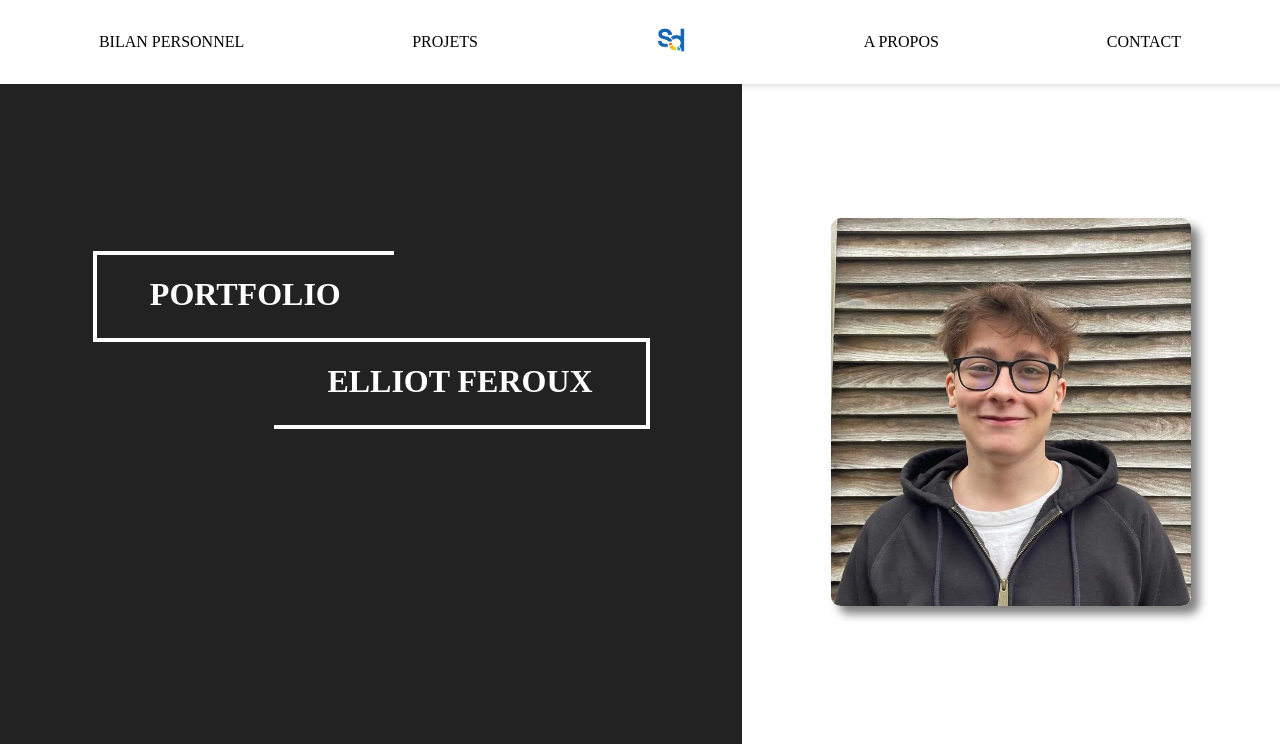
Repository: elliotfx/elliotfx.github.io
Page: html/main.html
The author's editor kept a copy of each file at every save. The page is drawn from the files as they stood at one save, then again after the next save.
The browser window is 1280 px wide. The pictures show the whole page.

Above is the page before, as saved 2025-03-18 22:17:27.

### html/main.html
<!DOCTYPE html>
<html lang="fr">

<head>
    <meta charset="UTF-8">
    <meta name="viewport" content="width=device-width, initial-scale=1.0">
    <meta name="author" content="Elliot FEROUX">
    <meta name="description" content="Portfolio de Elliot FEROUX">
    <link rel="shortcut icon" href="SD.png" type="image/x-icon">
    <title>Accueil (Portfolio Elliot FEROUX)</title>
    <link rel="stylesheet" type="text/css" href="./../css/style.css" media="screen">
    <link rel="preconnect" href="https://fonts.googleapis.com">
    <link rel="preconnect" href="https://fonts.gstatic.com" crossorigin>
    <link href="https://fonts.googleapis.com/css2?family=Kanit:ital,wght@0,100;0,200;0,300;0,400;0,500;0,600;0,700;0,800;1,100;1,200;1,300;1,400;1,500;1,600;1,700;1,800&display=swap" rel="stylesheet">
    <link rel="stylesheet" href="../css/font-awesome-4.7.0/css/font-awesome.min.css">
</head>

<body>

    <header>
        <div class="navbar" id="nav">
            <div class="burger-container">
                <i class="fa fa-bars iconeburger" aria-hidden="true"></i>
            </div>
            <ul class="navbar-menu">
                <li class="link-nav-underline"><a href="bilan.html">BILAN PERSONNEL</a></li>
                <li class="link-nav-underline-projet"><a href="projets.html">PROJETS</a></li>
                <li class="logo">
                    <a href="https://iutp.univ-poitiers.fr/sd/" target="_blank">
                        <img src="./../Images/SD.png" alt="Logo BUT Sciences des Données">
                    </a>
                </li>
                <li class="link-nav-underline"><a href="apropos.html">A PROPOS</a></li>
                <li class="link-nav-underline"><a href="contact.html">CONTACT</a></li>
            </ul>
        </div>

        <div id="burgerbar">
            <a href="https://iutp.univ-poitiers.fr/sd/" target="_blank"><img src="./../Images/SD.png" alt="Logo BUT Sciences des Données" class="logo-burger"></a>
            <i class="fa fa-times iconeburgerclose" aria-hidden="true"></i>
            <ul class="burger-menu-list">
                <li class="link-nav-underline"><a href="bilan.html">BILAN PERSONNEL</a></li><br>
                <li class="link-nav-underline"><a href="projets1.html">PROJETS</a></li><br>
                <li class="link-nav-underline"><a href="apropos.html">A PROPOS</a></li><br>
                <li class="link-nav-underline"><a href="contact.html">CONTACT</a></li>
            </ul>
        </div>
    </header>



    <div class="container">
        <div class="half black">
            <div class="titles-container">
                <div class="portfolio-container">
                    <h1>PORTFOLIO</h1>
                </div>
                <div class="name-container">
                    <h1>ELLIOT FEROUX</h1>
                </div>
            </div>
        </div>
        <div class="half white">
            <div class="contenu">
                <a href="apropos.html"><img src="./../Images/PHOTO.jpg" alt="Photo de Elliot FEROUX" class="photo"></a>
            </div>
        </div>
    </div>

    <div class="bas">
        <div class="containerphoto2">
            <a href="apropos.html"><img src="./../Images/PHOTO.jpg" alt="Photo de Elliot FEROUX" class="photo2"></a>
        </div>
    </div>

    <script src="./../js/script_projets.js"></script>
    <script src="./../JS/headerloader.js"></script>

</body>

</html>

### css/style.css
@import "navbar_stylesheet.css" ;

.bas {
    display: none;
    position: relative;
    bottom: 0;
    left: 0;
    width: 100%;
    height: 500px;
    background-color: rgb(255, 255, 255);
    box-sizing: border-box;
    z-index: 1000;
}

.bas .photo2 {
    width: 40%;
    height: auto;
    display: block;
    left: 32%;
    top: 10%;
}

.logo:hover img {
    animation: anim 1s infinite alternate;
}

body, html {
    margin: 0;
    padding: 0;
    overflow: hidden;
}

.nom,
.portfolio {
    font-family: "Géorgie", sans-serif;
    position: absolute;
    color: #fff;
}

/* Modification de .photo :
   - Suppression du float
   - Ajout d'une transition sur transform */
.photo {
    position: relative;
    /* float retiré */
    border-radius: 10px;
    box-shadow: 8px 8px 10px 0 rgba(0, 0, 0, 0.5);
    width: 50vh;
    transition: transform 1s;
}

.photo:hover {
    transform: scale(1.10);
}

.photo2 {
    width: 100%;
    display: block;
    border-radius: 10px;
    box-shadow: 8px 8px 10px 0 rgba(0, 0, 0, 0.5);
    position: relative;
}

/* Modification de .contenu :
   - Suppression du float
   - Passage à inline-block pour une meilleure gestion du contenu
   - Ajout de transform: translate pour centrer et inclusion dans le hover */
.contenu {
    position: absolute;
    width: fit-content;
    height: fit-content;
    left: 50%;
    top: 50%;
    transform: translate(-50%, -50%);
    transition: transform 1s;
    display: inline-block;
}

.contenu:hover {
    transform: translate(-50%, -50%) scale(1.05);
}

.containerphoto2 {
    position: absolute;
    transition: 1s;
    height: 100%;
    width: 100%;
    display: inline;
    left: 0;
    top: 0;
}


.container {
    width: 100%;
    height: calc(100vh - 60px); /* 60px = hauteur du header */
    display: flex;
    z-index: -100;
}

.half {
    height: 100%;
    position: relative;
}

.black {
    position: relative;
    background-color: #222222;
    width: 58%;
}

.white {
    position: relative;
    width: 42%;
}

.nom {
    top: 43.5%;
    left: 40%;
    font-size: 3em;
    position: absolute;
}

.titles-container {
    width: 100%;
    height: 100%;
    display: block;
    justify-content: center;
    align-items: center;
    padding-top: 21.5%;
}

.titles-container .portfolio-container {
    float: left;
    width: 40%;
    margin-left: 12.5%;
    border-top: 4px solid #fff;
    border-left: 4px solid #fff;
    border-bottom: 4px solid #fff;
}

.titles-container .name-container {
    float: right;
    width: 50%;
    margin-right: 12.5%;
    border-top: 4px solid #fff;
    border-right: 4px solid #fff;
    border-bottom: 4px solid #fff;
    margin-top: -4px;
}

h1 {
    width: 100%;
    font-size: 4em;
    color: #fff;
    text-align: center;
}

h1:after {
    content: "";
    display: block;
    margin-left: 5%;
    width: 90%;
    height: 3px;
    background: #ffffff;
    transform: scaleX(0);
    transition: transform 0.2s ease-in-out;
}

h1:hover:after {
    transform: scaleX(1);
}

.navbar > ul {
    justify-content: space-around;
}

.left-links > ul > li,
.right-links > ul > li {
    margin-left: 0;
}

.left-links > ul > li + li,
.right-links > ul > li + li {
    margin-left: 20px;
}

@media screen and (max-width: 1400px) {
    .Lignes {
        width: 100%;
    }

    .contenu {

    }
}

@media screen and (max-width: 1440px) {
    .nom {
        left: calc(43% - 8%);
    }

    h1 {
        font-size: 3em;
    }
}

@media screen and (max-width: 1415px) {
    .nom {
        left: calc(36% - 8%);
    }

    .titles-container {
        padding-top: 21.5%;
    }
}

@media screen and (max-width: 1390px) {
    .nom {
        left: calc(35% - 8%);
    }

    h1 {
        font-size: 2em;
    }

    .titles-container {
        padding-top: calc(21.5% + 1%);
    }
}

@media screen and (max-width: 1300px) {
    .nom {
        left: calc(34% - 8%);
    }
}

@media screen and (max-width: 1275px) {
    .nom {
        left: calc(33% - 8%);
    }

    .titles-container {
        padding-top: calc(21.5% + 3%);
    }
}

@media screen and (max-width: 1250px) {
    .nom {
        left: calc(32% - 8%);
    }
}

@media screen and (max-width: 1225px) {
    .nom {
        left: calc(31% - 8%);
    }

    .titles-container {
        padding-top: calc(21.5% + 5%);
    }
}

@media screen and (max-width: 1200px) {
    .nom {
        left: calc(30% - 8%);
    }
}

@media screen and (max-width: 1175px) {
    .nom {
        left: calc(29% - 8%);
    }

    .titles-container {
        padding-top: calc(21.5% + 7%);
    }
}

@media screen and (max-width: 1150px) {
    .nom {
        left: calc(28% - 8%);
    }
}

@media screen and (max-width: 1125px) {
    .nom {
        left: calc(27% - 8%);
    }
    .titles-container {
        padding-top: calc(21.5% + 9%);
    }
}

@media screen and (max-width: 1100px) {
    .nom {
        left: calc(26% - 8%);
    }
}

@media screen and (max-width: 1075px) {
    .nom {
        left: calc(25% - 8%);
    }

    .titles-container {
        padding-top: calc(21.5% + 11%);
    }
}

@media screen and (max-width: 1050px) {
    .nom {
        left: calc(24% - 8%);
    }
}

@media screen and (max-width: 1025px) {
    .nom {
        left: calc(23% - 8%);
    }
}

@media screen and (max-width: 1000px) {
    .nom {
        left: calc(22% - 8%);
    }
    .titles-container {
        padding-top: calc(21.5% + 13%);
    }
}

@media screen and (max-width: 975px) {
    .nom {
        left: calc(21% - 8%);
    }
}

@media screen and (max-width: 950px) {
    .nom {
        left: calc(20% - 8%);
    }
}

@media screen and (max-width: 925px) {
    .nom {
        left: calc(19% - 8%);
    }
    .titles-container {
        padding-top: calc(21.5% + 15%);
    }
}

@media screen and (max-width: 900px) {
    .Lignes {
        left: 0;
        top: 5%;
    }

    .white {
        display: none;
    }

    .black {
        width: 100%;
    }

    body, html {
        overflow-y: auto;
    }

    .nom {
        left: 40%;
    }

    .navbar > ul {
        justify-content: flex-end;
    }

    ul > li.left-links,
    ul > li.right-links {
        display: none;
    }

    ul > li.logo {
        float: right;
    }

    .burger-container {
        display: block;
    }

    .bas {
        display: block;
    }

    .containerphoto2 {
        display: block;
    }
    .photo2 {
        position: absolute;
        width: 100%;
        height: auto;
        display: block;
    }

    .black {
        height: 95%;
    }
    .titles-container {
        padding-top: 21.5%;
    }
}

.iconeburger {
    cursor: pointer;
    position: relative;
}

#burgerbar {
    height: 100vh;
    width: 50%;
    background-color: #fff;
    position: fixed;
    top: 0;
    left: -100%;
    display: flex;
    flex-direction: column;
    align-items: center;
    justify-content: center;
    z-index: 3000;
    transition: left 0.3s ease-in-out;
    padding: 20px;
    box-shadow: 2px 0 5px rgba(0, 0, 0, 0.5);
}

#burgerbar .iconeburgerclose {
    font-size: 2em;
    cursor: pointer;
    position: absolute;
    top: 20px;
    right: 20px;
}

.burger-menu-list {
    list-style-type: none;
    padding: 0;
    margin: 0;
    width: 100%;
    text-align: center;
}

.burger-menu-list li {
    margin: 20px 0;
}

.burger-container {
    display: none;
    width: 5%;
    height: 100%;
    justify-content: center;
    align-items: center;
    cursor: pointer;
}

.burger-container .iconeburger {
    font-size: 2em;
}

.burger-logo {
    position: absolute;
    bottom: 20px;
    right: 20px;
}

#burgerbar .logo-burger {
    max-width: 50px;
    height: auto;
}

@media screen and (max-width: 900px) {
    .burger-container {
        display: flex;
    }
    .navbar ul {
        display: none;
    }
}

.burger-container.open #burgerbar {
    left: 0;
}

@media screen and (max-width: 900px) {
    .navbar ul {
        display: none;
    }

    .burger-menu-list {
        position: relative;
        display: block;
    }

    .burger-menu-list li {
        margin: 10px 0;
    }
}

### css/navbar_stylesheet.css
html,
body {
    overflow-x: hidden;
}

ul {
    list-style-type: none;
    padding: 0;
    margin: 0;
}

header {
    background-color: #ffffff;
    box-shadow: 3px 3px 4px rgba(205, 205, 205, 0.5);
    display: flex;
    justify-content: center;
    align-items: center;
    padding: 15px;
    z-index: 2000;
}

.navbar {
    width: 100%;
    display: flex;
    justify-content: center;
    align-items: center;
}

/* Modification principale pour répartir équitablement les éléments */
.navbar-menu {
    display: flex;
    justify-content: space-around;
    align-items: center;
    width: 100%;
}

.logo img {
    width: 50px;
    height: 50px;
}

/* Effet souligné au survol */
.link-nav-underline, .link-nav-underline-projet {
    display: inline-block;
    position: relative;
    text-decoration: none;
    color: inherit;
}

.link-nav-underline::after,
.link-nav-underline-projet::after {
    content: "";
    display: block;
    position: absolute;
    bottom: 0;
    left: 0;
    width: 100%;
    height: 2px;
    background: #000;
    transform: scaleX(0);
    transition: transform 0.2s ease-in-out;
    transform-origin: left;
}

.link-nav-underline:hover::after,
.link-nav-underline-projet:hover::after {
    transform: scaleX(1);
}

/* Style du menu burger */
.burger-container {
    display: none;
    cursor: pointer;
}

#burgerbar {
    height: 100vh;
    width: 50%;
    background-color: #fff;
    position: fixed;
    top: 0;
    left: -100%;
    display: flex;
    flex-direction: column;
    align-items: center;
    justify-content: center;
    z-index: 3000;
    transition: left 0.3s ease-in-out;
    padding: 20px;
    box-shadow: 2px 0 5px rgba(0, 0, 0, 0.5);
}

/* Responsive pour mobiles */
@media screen and (max-width: 900px) {
    .navbar-menu {
        display: none;
    }

    .burger-container {
        display: flex;
    }

    .burger-menu-list {
        display: block;
        text-align: center;
    }

    .burger-menu-list li {
        margin: 15px 0;
    }
}


a{
    color: inherit;
    text-decoration: none;
}

### JS/headerloader.js
// headerLoader.js
fetch('html/header.html')
    .then(response => response.text())
    .then(data => {
        document.getElementById('header-placeholder').innerHTML = data;
    })
    .catch(error => console.error('Erreur lors du chargement du header :', error));

### html/header.html
<header>
    <div class="navbar" id="nav">
        <div class="burger-container">
            <i class="fa fa-bars iconeburger" aria-hidden="true"></i>
        </div>
        <ul class="navbar-menu">
            <li class="link-nav-underline"><a href="bilan.html">BILAN PERSONNEL</a></li>
            <li class="link-nav-underline-projet"><a href="projets.html">PROJETS</a></li>
            <li class="logo">
                <a href="https://iutp.univ-poitiers.fr/sd/" target="_blank">
                    <img src="./../Images/SD.png" alt="Logo BUT Sciences des Données">
                </a>
            </li>
            <li class="link-nav-underline"><a href="apropos.html">A PROPOS</a></li>
            <li class="link-nav-underline"><a href="contact.html">CONTACT</a></li>
        </ul>
    </div>

    <div id="burgerbar">
        <a href="https://iutp.univ-poitiers.fr/sd/" target="_blank"><img src="./../Images/SD.png" alt="Logo BUT Sciences des Données" class="logo-burger"></a>
        <i class="fa fa-times iconeburgerclose" aria-hidden="true"></i>
        <ul class="burger-menu-list">
            <li class="link-nav-underline"><a href="bilan.html">BILAN PERSONNEL</a></li><br>
            <li class="link-nav-underline"><a href="projets1.html">PROJETS</a></li><br>
            <li class="link-nav-underline"><a href="apropos.html">A PROPOS</a></li><br>
            <li class="link-nav-underline"><a href="contact.html">CONTACT</a></li>
        </ul>
    </div>
</header>

Loaded but not shown: css/font-awesome-4.7.0/css/font-awesome.min.css (library); JS/script_projets.js (no copy from this time; the picture is the same without it)

After the next save:
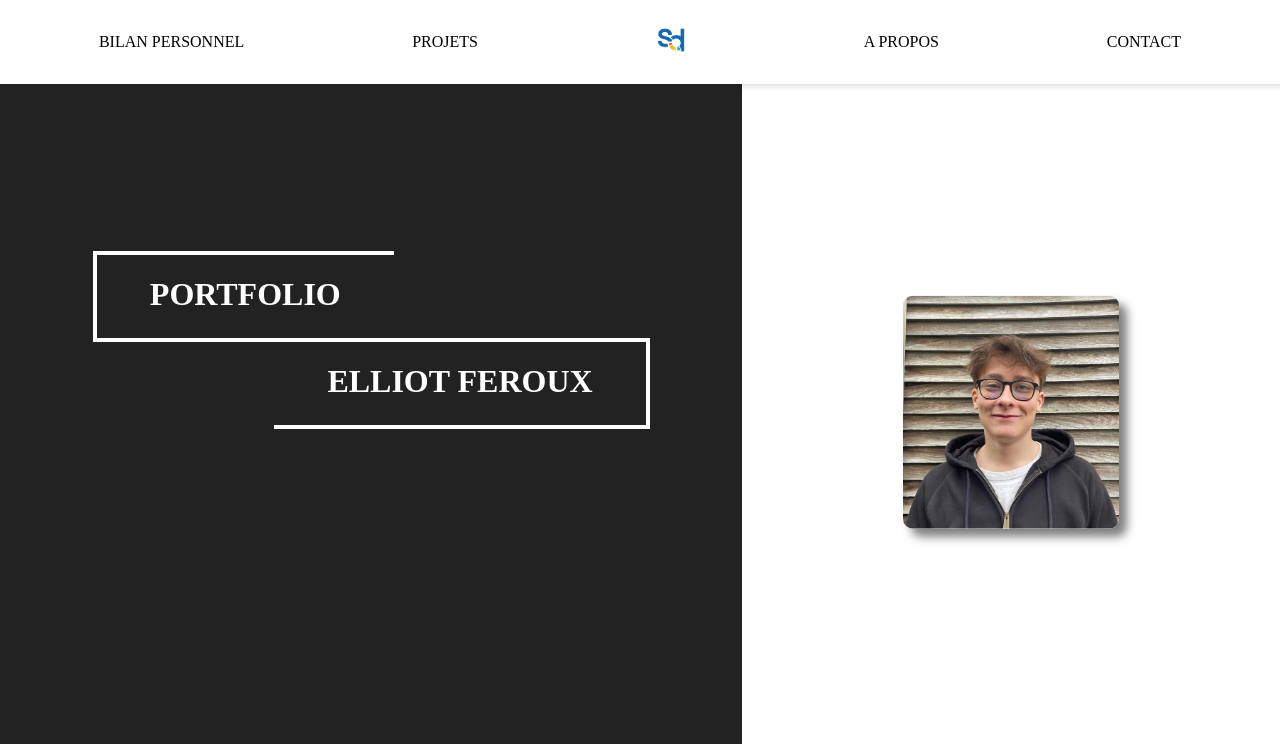
Saved 15 s later.
--- a/css/style.css
+++ b/css/style.css
@@ -190,8 +190,8 @@ h1:hover:after {
         width: 100%;
     }
 
-    .contenu {
-
+    .photo {
+        width: 30vh;
     }
 }
 
